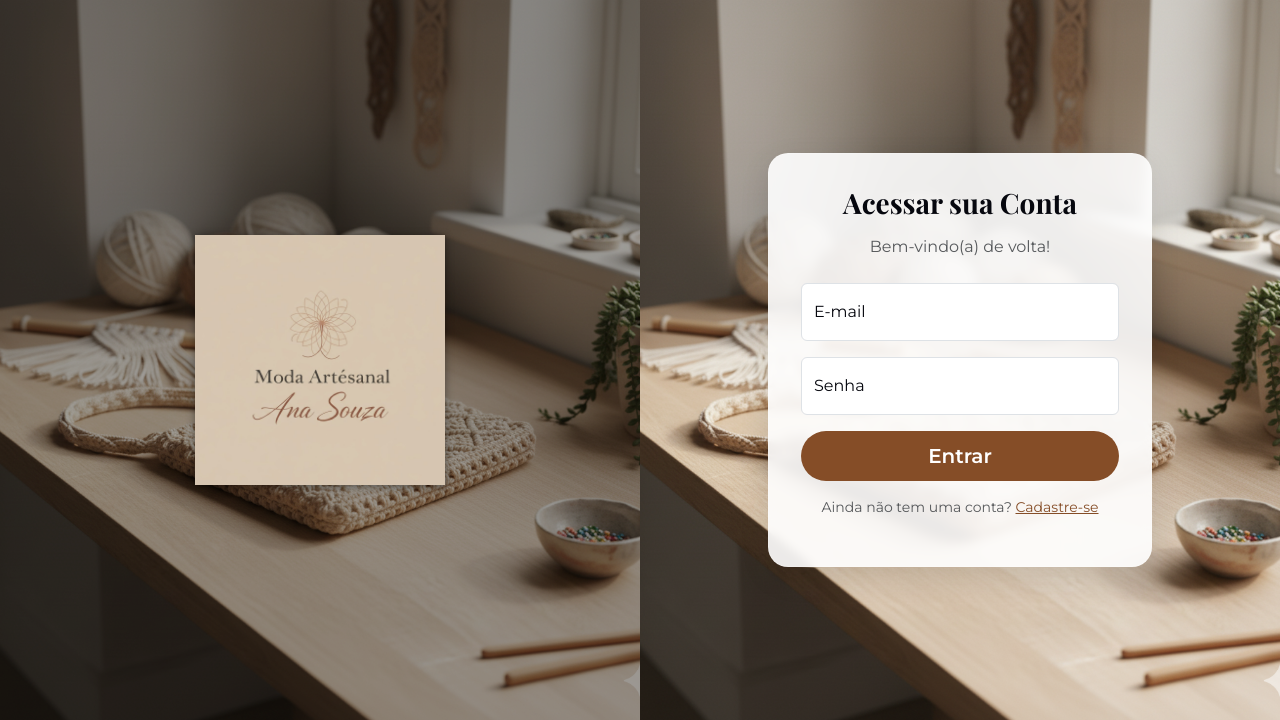
Repository: Lucascsg/projeto-anasouza-frontend
Page: login.html
These files come from the project's save history. The page is drawn as it stood at one moment and after the next save; the edit follows.
The browser window is 1280 px wide. The pictures show the whole page.

Above is the page before, as saved 2025-10-21 23:40:05.

After the next save:
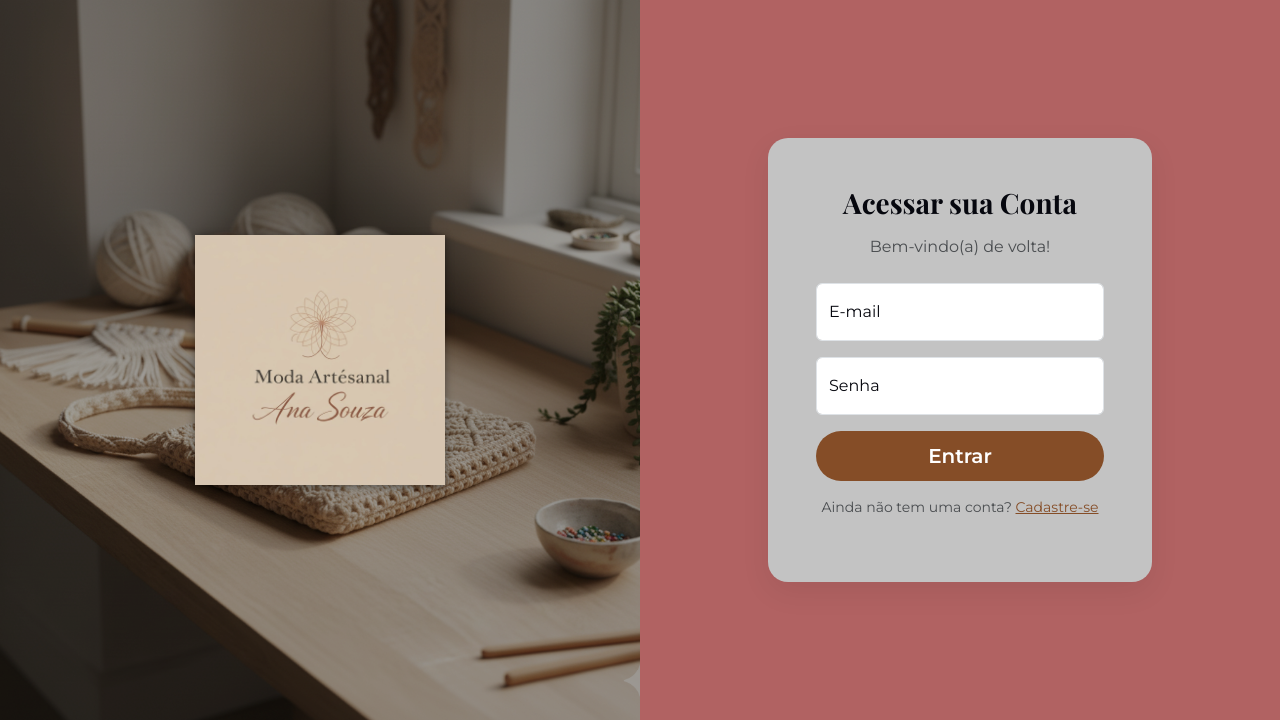
Saved 25 s later.
--- a/login.html
+++ b/login.html
@@ -13,91 +13,70 @@
 
     <style>
         /* Estilo para garantir altura total e split screen */
-body, html { height: 100%; margin: 0; overflow: hidden; }
-.split-container { display: flex; min-height: 100vh; }
+        body, html { height: 100%; margin: 0; overflow: hidden; }
+        .split-container { display: flex; min-height: 100vh; }
+        .split-image {
+            background: url('imagens/backlog4.png') no-repeat center center/cover; /* SUA IMAGEM DE FUNDO AQUI */
+            flex: 1;
+            position: relative;
+            display: flex;
+            align-items: center;
+            justify-content: center;
+            padding: 2rem; /* Adiciona um respiro */
+        }
+        .split-form {
+            flex: 1;
+            display: flex;
+            align-items: center;
+            justify-content: center;
+            padding: 2rem;
+            background-color: #B16262 ;
+            overflow-y: auto;
+        }
 
-.split-image, .split-form {
-    flex: 1;
-    background: url('imagens/backlog4.png') no-repeat center center/cover; /* SUA IMAGEM AQUI - USADA EM AMBOS */
-    position: relative;
-    display: flex;
-    align-items: center;
-    justify-content: center;
-    padding: 2rem;
-}
+        /* Overlay sobre a imagem */
+        .split-image::before {
+            content: '';
+            position: absolute;
+            top: 0; left: 0;
+            width: 100%; height: 100%;
+            background: rgba(0, 0, 0, 0.35);
+            z-index: 1;
+        }
 
-.split-form {
-    /* Aplica o desfoque e clareamento no fundo da seção do form */
-    backdrop-filter: blur(15px) brightness(1.1);
-    -webkit-backdrop-filter: blur(15px) brightness(1.1); /* Para compatibilidade */
-    background-color: rgba(248, 245, 242, 0.6); /* --cor-fundo-claro com transparência */
-    overflow-y: auto;
-}
+        /* --- ATUALIZADO: Estilo para a IMAGEM do logo --- */
+        .image-logo {
+            position: relative;
+            z-index: 2;
+            text-align: center;
+            max-width: 250px; /* Limita a largura máxima do logo */
+            width: 70%;       /* Faz o logo ocupar 70% do espaço disponível */
+        }
+        .image-logo img {
+            /* Adiciona um leve filtro para o logo "flutuar" melhor sobre fundos variados */
+            filter: drop-shadow(0px 2px 4px rgba(0,0,0,0.4));
+        }
 
-/* Overlay escuro SÓ na imagem principal (esquerda) */
-.split-image::before {
-    content: '';
-    position: absolute;
-    top: 0; left: 0;
-    width: 100%; height: 100%;
-    background: rgba(0, 0, 0, 0.35);
-    z-index: 1;
-}
-
-/* Logo na imagem */
-.image-logo {
-    position: relative;
-    z-index: 2;
-    text-align: center;
-    max-width: 250px;
-    width: 70%;
-}
-.image-logo img {
-    filter: drop-shadow(0px 2px 4px rgba(0,0,0,0.4));
-}
-
-/* O Card do formulário agora flutua sobre o fundo desfocado */
-.form-container.section-card {
-    background-color: rgba(255, 255, 255, 0.9); /* Card branco semi-transparente */
-    backdrop-filter: blur(5px); /* Um leve desfoque no próprio card */
-    -webkit-backdrop-filter: blur(5px);
-    border: 1px solid rgba(255, 255, 255, 0.2); /* Borda sutil */
-    /* Mantém as outras propriedades do section-card */
-     padding: 2rem;
-     border-radius: 20px;
-     box-shadow: 0 10px 30px rgba(0, 0, 0, 0.1);
-}
-
-
-/* Ajustes Mobile */
-@media (max-width: 767px) {
-    .split-container { flex-direction: column-reverse; }
-    .split-image, .split-form {
-        flex: none; /* Remove flex: 1 */
-        backdrop-filter: none; /* Remove desfoque no mobile (pode pesar) */
-        -webkit-backdrop-filter: none;
-        background-color: var(--cor-fundo-claro); /* Fundo sólido no mobile */
-    }
-    .split-image {
-        min-height: 200px;
-        padding: 1rem;
-        background: url('imagens/backlog4.png') no-repeat center center/cover; /* Garante imagem */
-    }
-    .split-image::before { display: none; } /* Remove overlay no mobile */
-    .image-logo { display: none; } /* Esconde logo da imagem */
-
-    .split-form { padding: 1.5rem; }
-    .form-logo { display: block !important; }
-    .form-container.section-card { /* Card volta a ser cinza sólido no mobile */
-        background-color: #c3c3c3;
-        backdrop-filter: none;
-        -webkit-backdrop-filter: none;
-        border: none;
-    }
-}
-@media (min-width: 768px) {
-    .form-logo { display: none; }
-}
+        /* Ajuste para telas menores */
+        @media (max-width: 767px) {
+            .split-container { flex-direction: column-reverse; }
+            .split-image {
+                min-height: 200px; /* Altura menor para o logo no mobile */
+                flex: none;
+                padding: 1rem; /* Menos respiro */
+            }
+            .image-logo { /* Logo na imagem é ajustado no mobile */
+                max-width: 180px; /* Logo menor no mobile */
+                width: 60%;
+            }
+            .split-form { padding: 1.5rem; }
+            .form-logo { display: block !important; }
+             /* Esconde o logo grande da imagem no mobile, mostra o pequeno do form */
+             /* .image-logo { display: none !important; } */ /* Descomente se preferir esconder totalmente no mobile */
+        }
+        @media (min-width: 768px) {
+            .form-logo { display: none; }
+        }
     </style>
 </head>
 <body>
